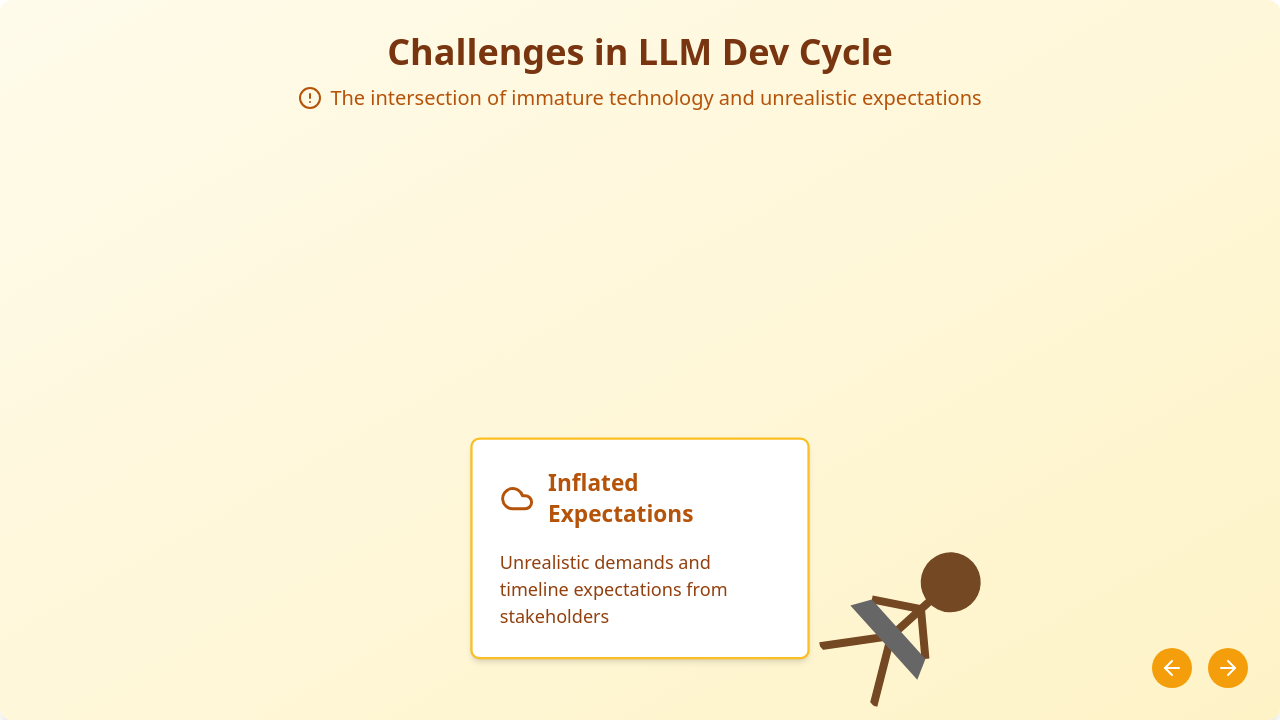
Repository: Galbaz1/dell_presentation
Page: /slide2
An editor plug-in stored every save of this project. The page is shown before and after a run of saves, followed by the edit.
The browser window is 1280 px wide. The pictures show the whole page.
The project was rebuilt for these pictures with package versions that can differ from the ones it lists, and the page was loaded fresh each time. The framework's server and built-in components were replaced by stand-ins that run in the browser. Also part of the build but not shown: styles/animations/slide1.css, styles/animations/slide2.css.

Above is the page before, as saved 2024-11-11 16:23:40.

### pages/_app.tsx
import '../styles/globals.css'
import '../styles/animations/slide1.css'
import '../styles/animations/slide2.css'
import type { AppProps } from 'next/app'

function MyApp({ Component, pageProps }: AppProps) {
  return <Component {...pageProps} />
}

export default MyApp

### pages/slide2.tsx
import React, { useState, useEffect } from 'react';
import { ArrowRight, ArrowLeft, AlertCircle, Cloud } from 'lucide-react';
import Link from 'next/link';
import { motion, AnimatePresence } from 'framer-motion';

const Slide2: React.FC = () => {
  const [animationPhase, setAnimationPhase] = useState<'falling' | 'hitting' | 'growing' | 'exploding'>('falling');

  useEffect(() => {
    const sequence = async () => {
      // Fall and hit
      await new Promise(resolve => setTimeout(resolve, 2000));
      setAnimationPhase('hitting');

      // Start growing
      await new Promise(resolve => setTimeout(resolve, 3000));
      setAnimationPhase('growing');

      // Explode
      await new Promise(resolve => setTimeout(resolve, 11000));
      setAnimationPhase('exploding');
    };

    sequence();
  }, []);

  const blockVariants = {
    falling: { y: "-100%", x: "-50%" },
    hitting: { y: "140%", x: "-50%" },
    growing: {
      y: "140%",
      x: "-50%",
      scale: 2,
      transition: {
        scale: { duration: 8, type: "spring" },
        y: { duration: 0 }
      }
    },
    exploding: { opacity: 0 }
  };

  const pieces = Array.from({ length: 12 }).map((_, i) => {
    const row = Math.floor(i / 4);
    const col = i % 4;
    const xOffset = (Math.random() - 0.5) * 800;
    const yOffset = Math.random() * 500 + 500;
    const rotation = Math.random() * 720 - 360;

    return (
      <motion.div
        key={i}
        className="absolute w-1/4 h-1/3 overflow-hidden"
        initial={{ x: 0, y: 0, rotate: 0 }}
        animate={animationPhase === 'exploding' ? {
          x: xOffset,
          y: yOffset,
          rotate: rotation,
          opacity: 0,
        } : {}}
        transition={{
          type: "spring",
          duration: 2,
          bounce: 0.2
        }}
        style={{
          top: `${row * 33.33}%`,
          left: `${col * 25}%`,
        }}
      >
        <div
          className="absolute w-[400%] h-[300%]"
          style={{
            top: `${row * -100}%`,
            left: `${col * -100}%`,
          }}
        >
          <div className="bg-white p-6 rounded-lg shadow-md border-2 border-amber-400">
            <div className="flex items-center mb-4 text-amber-700">
              <Cloud className="w-8 h-8" />
              <h3 className="text-xl font-semibold ml-3">Inflated Expectations</h3>
            </div>
            <p className="text-amber-800">
              Unrealistic demands and timeline expectations from stakeholders
            </p>
          </div>
        </div>
      </motion.div>
    );
  });

  return (
    <div className="bg-gradient-to-br from-amber-50 to-amber-100 p-8 rounded-xl shadow-lg min-h-screen overflow-hidden relative">
      {/* Header */}
      <div className="mb-16 text-center">
        <h1 className="text-4xl font-bold text-amber-900 mb-3">Challenges in LLM Dev Cycle</h1>
        <p className="text-xl text-amber-700 flex items-center justify-center">
          <AlertCircle className="w-6 h-6 mr-2" />
          The intersection of immature technology and unrealistic expectations
        </p>
      </div>

      {/* Main Content Area */}
      <div className="max-w-5xl mx-auto relative h-[500px]">
        {/* Developer Figure */}
        <motion.div
          className="absolute bottom-0 left-1/2 -translate-x-1/2 origin-bottom z-10"
          animate={animationPhase === 'hitting' ? {
            x: "100%",
            rotate: 90,
          } : {}}
          transition={{ delay: 0.1, duration: 1.2 }}
        >
          <div className="relative w-[200px] h-[200px]">
            <svg viewBox="0 0 100 100" className="w-full h-full">
              <path
                d="M50 35 L50 70 L30 100 M50 70 L70 100 M50 50 L30 65 M50 50 L70 65"
                stroke="#734822"
                strokeWidth="4"
                fill="none"
              />
              <circle cx="50" cy="30" r="15" fill="#734822" />
              <path
                d="M30 65 L70 65 L75 75 L25 75 Z"
                fill="#666"
              />
            </svg>
          </div>
        </motion.div>

        {/* Falling Block */}
        <motion.div
          className="absolute left-1/2 -translate-x-1/2 top-0 w-[300px] z-20"
          variants={blockVariants}
          initial="falling"
          animate={animationPhase}
          transition={{
            duration: 2,
            ease: "easeIn"
          }}
        >
          {animationPhase !== 'exploding' ? (
            <div className="bg-white p-6 rounded-lg shadow-md border-2 border-amber-400">
              <div className="flex items-center mb-4 text-amber-700">
                <Cloud className="w-8 h-8" />
                <h3 className="text-xl font-semibold ml-3">Inflated Expectations</h3>
              </div>
              <p className="text-amber-800">
                Unrealistic demands and timeline expectations from stakeholders
              </p>
            </div>
          ) : (
            <div className="relative w-full h-full">
              {pieces}
            </div>
          )}
        </motion.div>
      </div>

      {/* Navigation */}
      <div className="absolute bottom-8 right-8 flex items-center space-x-4">
        <Link href="/" className="bg-amber-500 hover:bg-amber-600 text-white p-2 rounded-full transition-colors">
          <ArrowLeft className="w-6 h-6" />
        </Link>
        <Link href="/slide3" className="bg-amber-500 hover:bg-amber-600 text-white p-2 rounded-full transition-colors">
          <ArrowRight className="w-6 h-6" />
        </Link>
      </div>
    </div>
  );
};

export default Slide2;

### styles/globals.css
@tailwind base;
@tailwind components;
@tailwind utilities;

@keyframes fallAndBounce {
  0% {
    transform: translateY(-100%) translateX(-50%);
  }
  70% {
    transform: translateY(140%) translateX(-50%);
  }
  75% {
    transform: translateY(130%) translateX(-50%);
  }
  80% {
    transform: translateY(135%) translateX(-50%);
  }
  85% {
    transform: translateY(128%) translateX(-50%);
  }
  90% {
    transform: translateY(132%) translateX(-50%);
  }
  100% {
    transform: translateY(0%) translateX(-50%);
  }
}

@keyframes developerFall {
  0%, 69% {
    transform: translateX(-50%) rotate(0deg);
  }
  100% {
    transform: translateX(100%) rotate(90deg);
  }
}

@keyframes pulsate {
  0% {
    transform: translateY(0%) translateX(-50%) scale(1);
  }
  8% {
    transform: translateY(0%) translateX(-50%) scale(1.15);
  }
  10% {
    transform: translateY(0%) translateX(-50%) scale(1.1);
  }
  18% {
    transform: translateY(0%) translateX(-50%) scale(1.35);
  }
  20% {
    transform: translateY(0%) translateX(-50%) scale(1.3);
  }
  28% {
    transform: translateY(0%) translateX(-50%) scale(1.55);
  }
  30% {
    transform: translateY(0%) translateX(-50%) scale(1.5);
  }
  38% {
    transform: translateY(0%) translateX(-50%) scale(1.75);
  }
  40% {
    transform: translateY(0%) translateX(-50%) scale(1.7);
  }
  48% {
    transform: translateY(0%) translateX(-50%) scale(1.95);
  }
  50% {
    transform: translateY(0%) translateX(-50%) scale(1.9);
  }
  100% {
    transform: translateY(0%) translateX(-50%) scale(2);
  }
}

@keyframes explodePiece {
  0% {
    transform: translate(0, 0) rotate(0);
    opacity: 1;
  }
  100% {
    transform: translate(var(--tx), 1000px) rotate(var(--tr));
    opacity: 0;
  }
}

.animate-fall-bounce {
  animation:
    fallAndBounce 3s cubic-bezier(0.4, 0, 0.2, 1) forwards,
    pulsate 8s cubic-bezier(0.4, 0, 0.2, 1) 5s forwards;
}

.animate-developer-fall {
  animation: developerFall 1.2s cubic-bezier(0.4, 0, 0.2, 1) forwards;
  animation-delay: 2.1s;
}

.explosion-piece {
  position: absolute;
  animation: explodePiece 2s cubic-bezier(0.4, 0, 0.2, 1) forwards;
  animation-delay: 16s; /* 5s wait + 8s growth + 3s wait */
}

### tailwind.config.js
/** @type {import('tailwindcss').Config} */
module.exports = {
  content: [
    "./pages/**/*.{js,ts,jsx,tsx}",
    "./components/**/*.{js,ts,jsx,tsx}",
    "./styles/**/*.css",
  ],
  theme: {
    extend: {},
  },
  plugins: [],
}

After the next 2 saves:
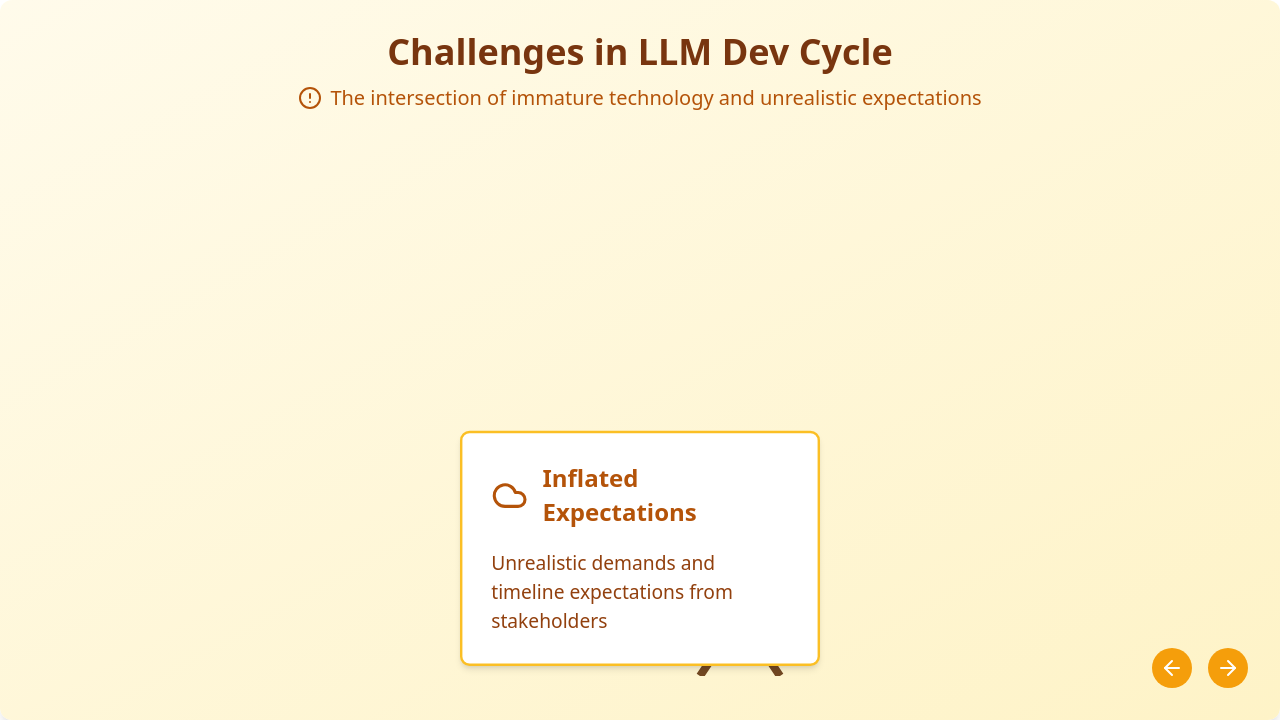
The 2 saves are shown as one change because they came seconds apart.
The last was saved 96 s later.
--- a/pages/slide2.tsx
+++ b/pages/slide2.tsx
@@ -8,16 +8,16 @@ const Slide2: React.FC = () => {
 
   useEffect(() => {
     const sequence = async () => {
-      // Fall and hit
-      await new Promise(resolve => setTimeout(resolve, 2000));
+      // Fall and hit - give more time for natural fall
+      await new Promise(resolve => setTimeout(resolve, 3000));
       setAnimationPhase('hitting');
 
-      // Start growing
-      await new Promise(resolve => setTimeout(resolve, 3000));
+      // Wait for impact animation to complete
+      await new Promise(resolve => setTimeout(resolve, 1000));
       setAnimationPhase('growing');
 
-      // Explode
-      await new Promise(resolve => setTimeout(resolve, 11000));
+      // Allow more time for growth animation
+      await new Promise(resolve => setTimeout(resolve, 15000));
       setAnimationPhase('exploding');
     };
 
@@ -25,18 +25,43 @@ const Slide2: React.FC = () => {
   }, []);
 
   const blockVariants = {
-    falling: { y: "-100%", x: "-50%" },
-    hitting: { y: "140%", x: "-50%" },
+    falling: {
+      y: "-100%",
+      x: "-50%",
+      transition: {
+        y: {
+          type: "spring",
+          stiffness: 100,
+          damping: 10,
+          duration: 3
+        }
+      }
+    },
+    hitting: {
+      y: "140%",
+      x: "-50%",
+      transition: {
+        type: "spring",
+        stiffness: 300,
+        damping: 15
+      }
+    },
     growing: {
       y: "140%",
       x: "-50%",
-      scale: 2,
+      scale: [1, 1.2, 1.1, 1.4, 1.3, 1.6, 1.5, 1.8, 1.7, 2],
       transition: {
-        scale: { duration: 8, type: "spring" },
-        y: { duration: 0 }
+        scale: {
+          duration: 15,
+          times: [0, 0.1, 0.2, 0.3, 0.4, 0.5, 0.6, 0.7, 0.8, 1],
+          ease: "easeInOut"
+        }
       }
     },
-    exploding: { opacity: 0 }
+    exploding: {
+      opacity: 0,
+      transition: { duration: 0.1 }
+    }
   };
 
   const pieces = Array.from({ length: 12 }).map((_, i) => {
